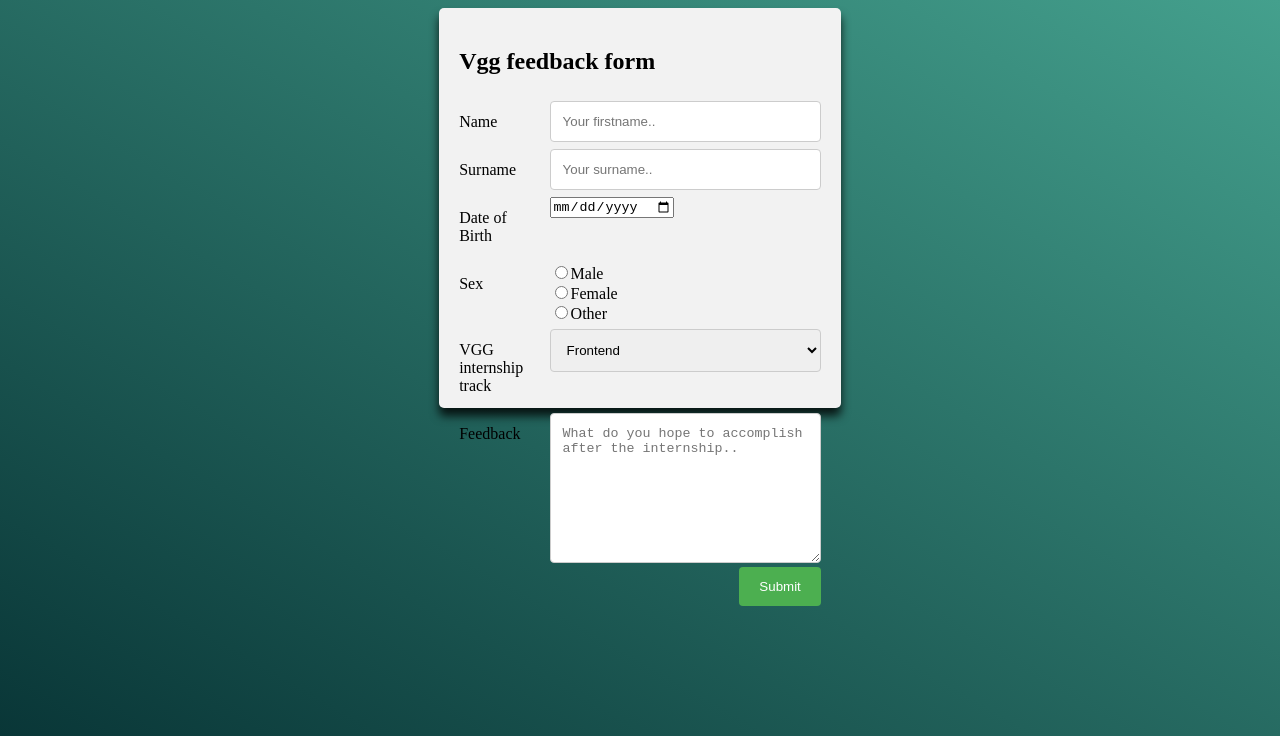
Repository: iphyokafor/VGG-Feedback-form
Page: index2.html
The author's editor kept a copy of each file at every save. The page is drawn from the files as they stood at one save, then again after the next save.
The browser window is 1280 px wide. The pictures show the whole page.

Above is the page before, as saved 2020-01-13 00:53:55.

### index2.html
<!DOCTYPE html>
<html lang="en">

<head>
    <meta charset="UTF-8">
    <meta name="viewport" content="width=device-width, initial-scale=1.0">
    <meta http-equiv="X-UA-Compatible" content="ie=edge">
    <title>VGG feedback form</title>
    <link rel="stylesheet" href="./main.css">
</head>

<body>
    <div class="container">
        <form>
            <h2 class="heading">Vgg feedback form</h2>
            <div class="row">
                <div class="col-25">
                    <label for="name">Name</label>
                </div>
                <div class="col-75">
                    <input type="text" class="txtinput" id="name" name="name" placeholder="Your firstname..">
                </div>
            </div>
            <div class="row">
                <div class="col-25">
                    <label for="surname">Surname</label>
                </div>
                <div class="col-75">
                    <input type="text" class="txtinput" id="surname" name="surname" placeholder="Your surname..">
                </div>
            </div>
            <div class="row">
                <div class="col-25">
                    <label for="dob">Date of Birth</label>
                </div>
                <div class="col-75">
                    <input type="date" id="date" name="date">
                </div>
            </div>
            <div class="row">
                <div class="col-25">
                    <label for="sex">Sex</label>
                </div>
                <div class="col-75">
                    <input type="radio" name="gender">Male<br>
                    <input type="radio" name="gender">Female<br>
                    <input type="radio" name="gender">Other
                </div>
            </div>
            <div class="row">
                <div class="col-25">
                    <label for="VGG internship">VGG internship track</label>
                </div>
                <div class="col-75">
                    <select id="VGG internship" name="VGG">
            <option value="frontend">Frontend</option>
            <option value="backend">Backend</option>
            <option value="ui/ux">UI/UX</option>
            <option value="software">Software Quality Assurance</option>
            <option value="devops">DevOps</option>
          </select>
                </div>
            </div>
            <div class="row">
                <div class="col-25">
                    <label for="feedback">Feedback</label>
                </div>
                <div class="col-75">
                    <textarea id="feedback" name="feedback" placeholder="What do you hope to accomplish after the internship.." style="height:150px"></textarea>
                </div>
            </div>
            <div class="row">
                <input type="submit" class="btn" value="Submit">
            </div>
        </form>
    </div>

</body>

</html>

### main.css
/* Style inputs, select elements and textareas */

body {
    display: flex;
    justify-content: center;
    flex-wrap: wrap;
    background: linear-gradient(to right top, #093637, #44A08D);
    background-repeat: no-repeat;
    height: 100vh;
}

.txtinput,
select,
textarea {
    width: 100%;
    padding: 12px;
    border: 1px solid #ccc;
    border-radius: 4px;
    box-sizing: border-box;
    resize: vertical;
}


/* Style the label to display next to the inputs */

label {
    padding: 12px 12px 12px 0;
    display: inline-block;
}


/* Style the submit button */

.btn {
    background-color: #4CAF50;
    color: white;
    padding: 12px 20px;
    border: none;
    border-radius: 4px;
    cursor: pointer;
    float: right;
    transition: all 1s;
}

.btn:hover {
    transform: scale(1.1);
}


/* Style the container */

.container {
    height: 50vh;
    border-radius: 5px;
    background-color: #f2f2f2;
    padding: 20px;
    box-shadow: 0 8px 10px rgba(0, 0, 0, 0.8);
    transition: border 0.15s linear 0s, linear 0s, color 0.15s linear 0s;
}


/* Floating column for labels: 25% width */

.col-25 {
    float: left;
    width: 25%;
    margin-top: 6px;
}


/* Floating column for inputs: 75% width */

.col-75 {
    float: left;
    width: 75%;
    margin-top: 6px;
}


/* Clear floats after the columns */

.row:after {
    content: "";
    display: table;
    clear: both;
}


/* Responsive layout - when the screen is less than 600px wide, make the two columns stack on top of each other instead of next to each other */

@media screen and (max-width: 600px) {
    .col-25,
    .col-75,
    input[type=submit] {
        width: 100%;
        margin-top: 0;
    }
}

After the next save:
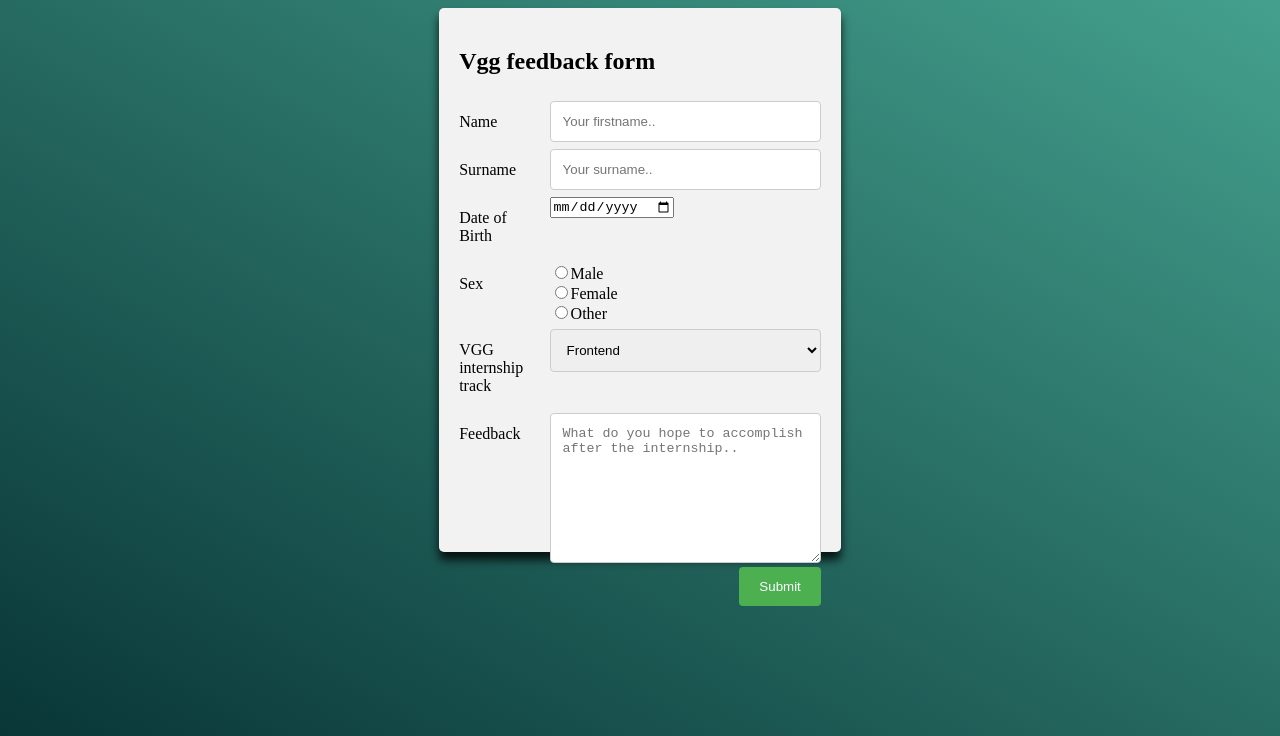
Saved 32 s later.
--- a/main.css
+++ b/main.css
@@ -50,7 +50,7 @@ label {
 /* Style the container */
 
 .container {
-    height: 50vh;
+    height: 70vh;
     border-radius: 5px;
     background-color: #f2f2f2;
     padding: 20px;
